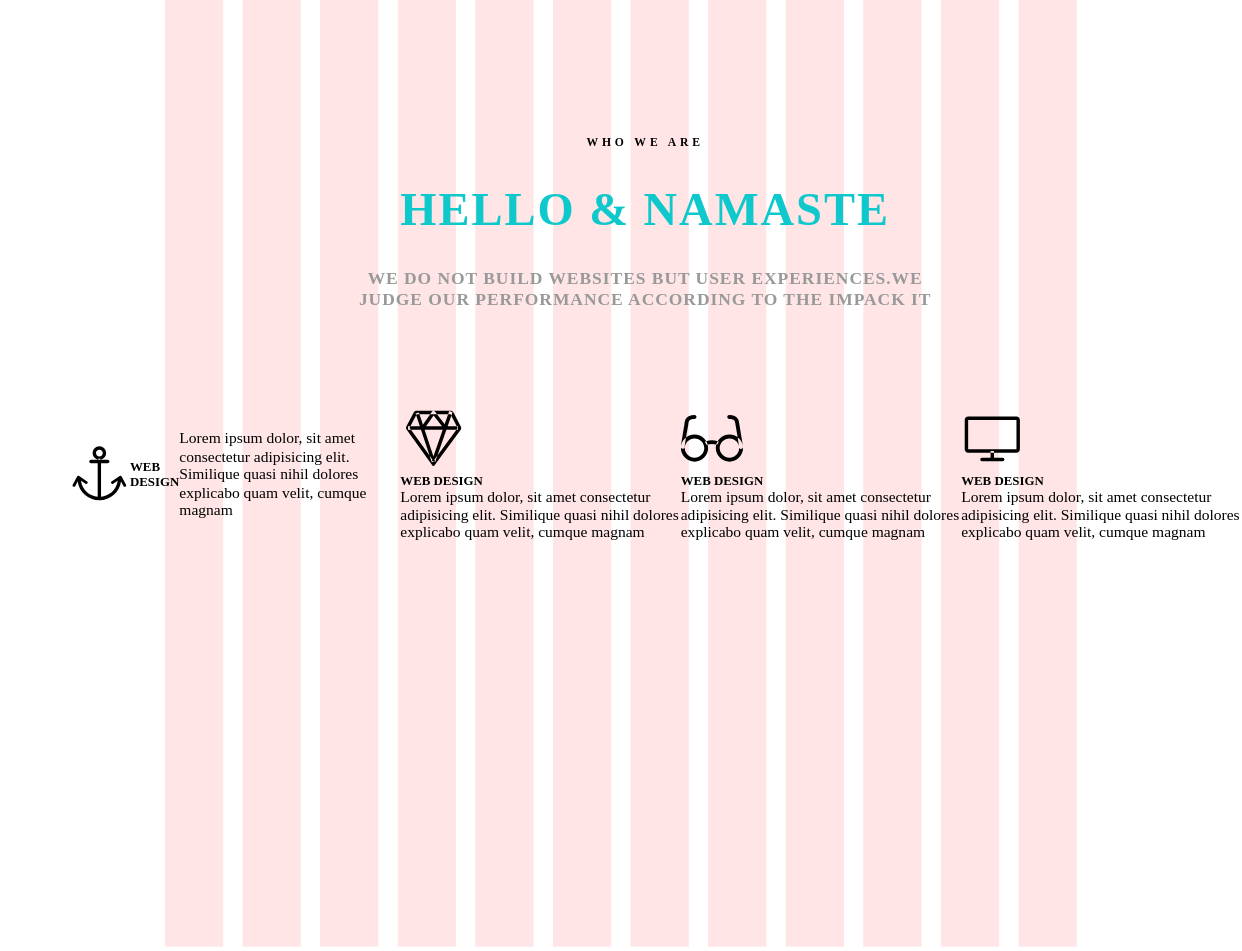
Repository: shpakovskaya/github.io
Page: boxsizing/namastegreen/index.html
An editor plug-in stored every save of this project. The page is shown before and after the next save, followed by the edit.
The browser window is 1280 px wide. The pictures show the whole page, at 97% of full size.

Above is the page before, as saved 2021-11-22 19:59:21.

After the next save:
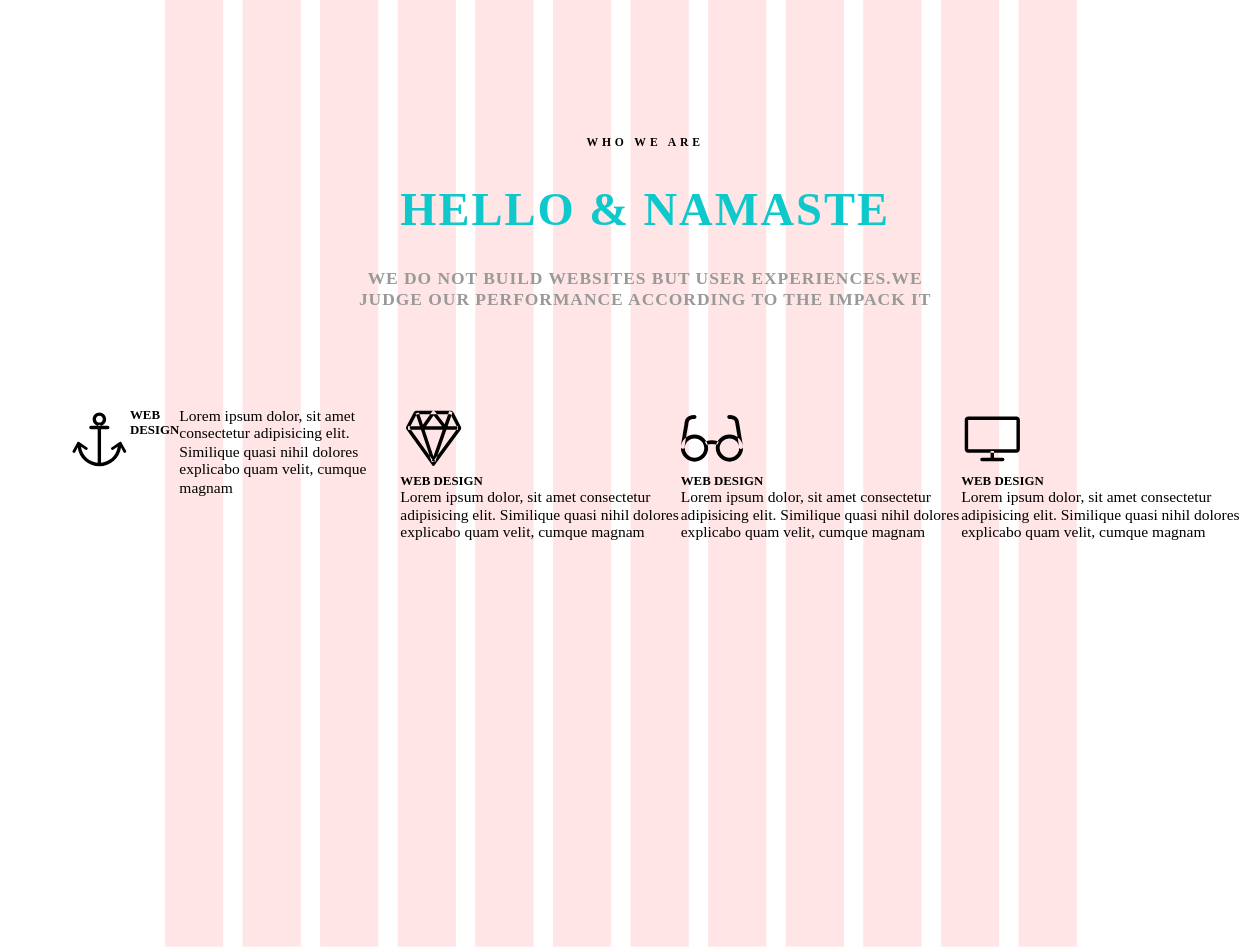
Saved 24 s later.
--- a/boxsizing/namastegreen/style.css
+++ b/boxsizing/namastegreen/style.css
@@ -55,7 +55,7 @@
 }
 .c-wrapper__anchor {
   display: flex;
-  align-items: center;
+  align-items: ;
 }
 #Anchor:hover {
   fill: blue;

After the save that followed:
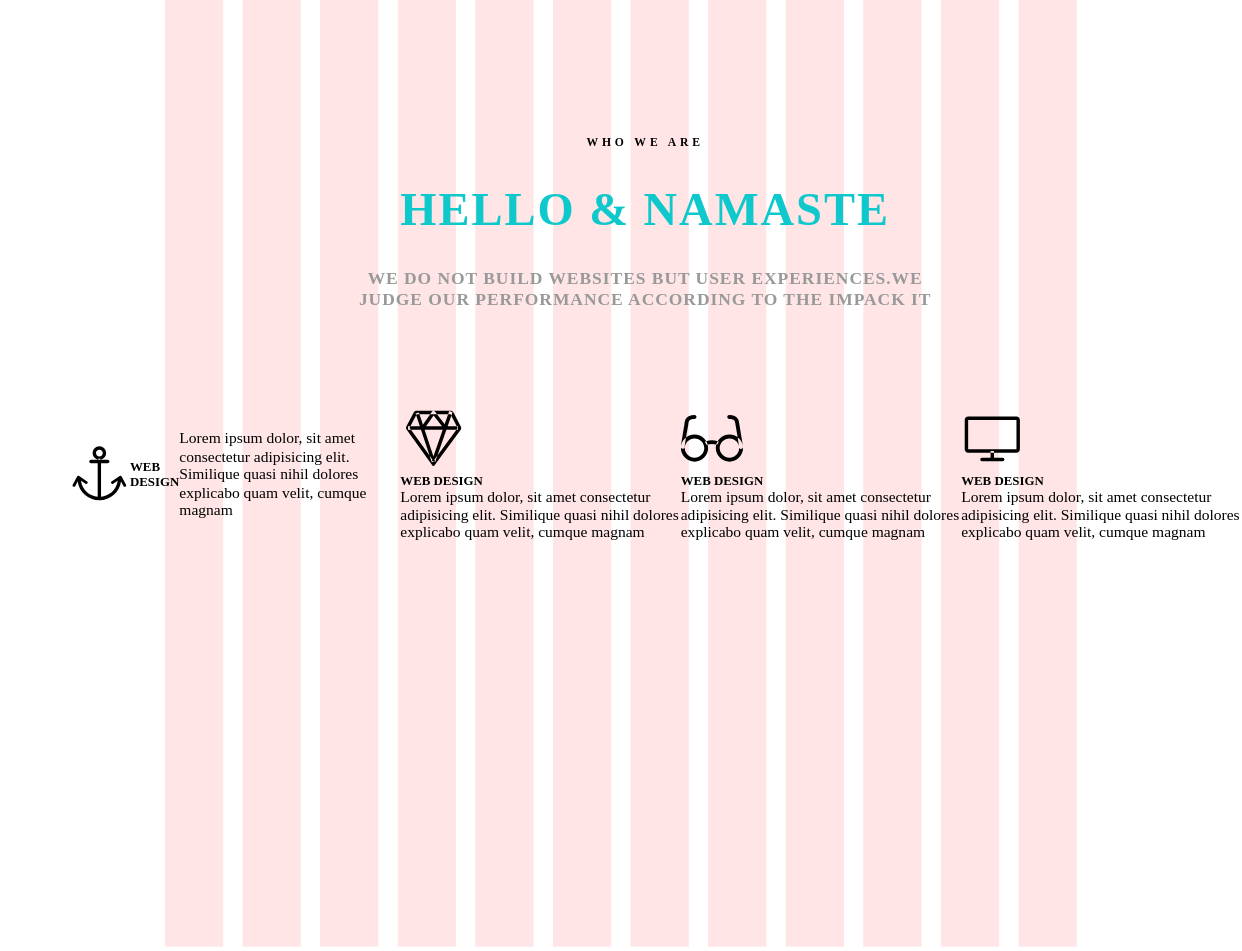
Saved 14 min 26 s later.
--- a/boxsizing/namastegreen/style.css
+++ b/boxsizing/namastegreen/style.css
@@ -55,7 +55,7 @@
 }
 .c-wrapper__anchor {
   display: flex;
-  align-items: ;
+  align-items: center;
 }
 #Anchor:hover {
   fill: blue;
